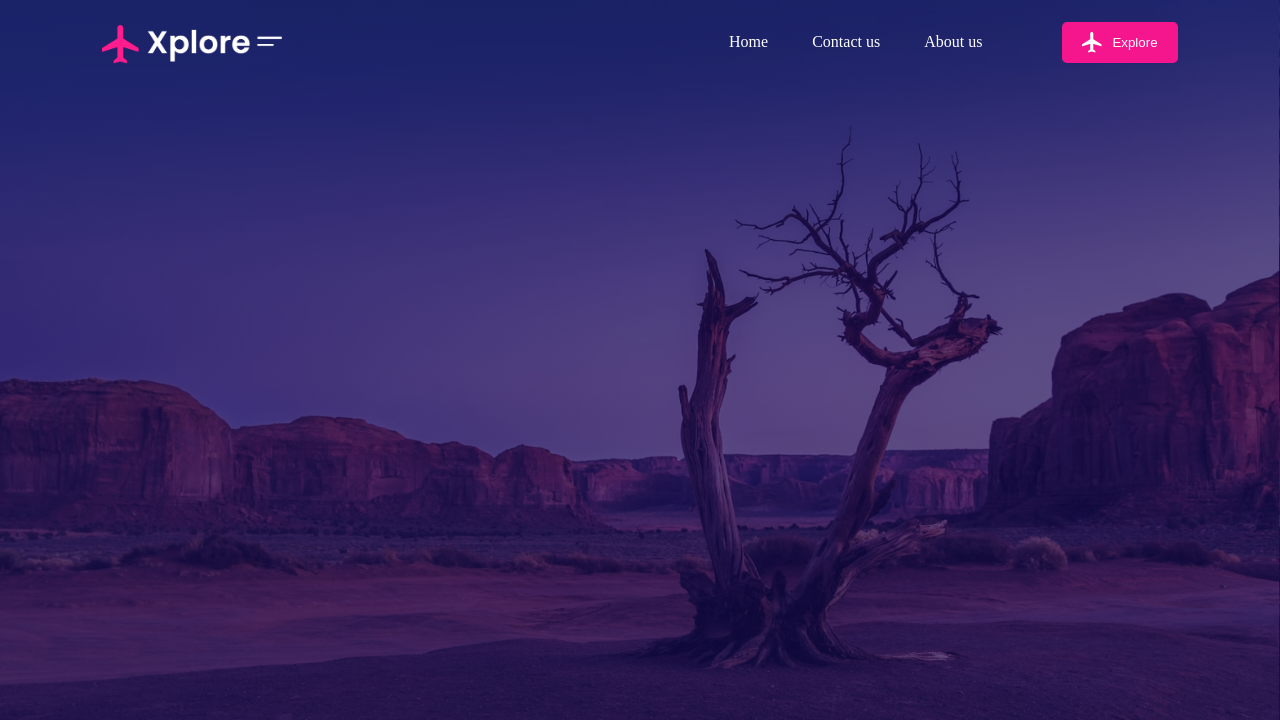
Repository: Aanchal26081/Task-2
Page: index.html
The author's editor kept a copy of each file at every save. The page is drawn from the files as they stood at one save, then again after the next save.
The browser window is 1280 px wide. The pictures show the whole page.

Above is the page before, as saved 2024-06-03 09:57:06.

### index.html
<!DOCTYPE html>
<html lang="en">
<head>
    <meta charset="UTF-8">
    <meta name="viewport" content="width=device-width, initial-scale=1.0">
    <title>Document</title>
    <link rel="stylesheet" href="main.css">
</head>
<body>
    <div class="container">
        <nav>
            <img src="images/logo.png" class="logo">
            <ul>
                <li><a href="#">Home</a></li>
                <li><a href="#">Contact us</a></li>
                <li><a href="#">About us</a></li>
            </ul>
            <button class="btn"><img src="images/icon.png">Explore</button>
        </nav>
    </div>
</body>
</html>

### main.css
*{
    margin: 0;
    padding: 0;
    box-sizing: border-box;
}
.container{
    width: 100%;
    min-height: 100vh;
    background-image: linear-gradient(rgba(9,0,77,0.65),rgba(9,0,77,0.65)), url(images/background.png);
    background-size: cover;
    background-position: center;
    padding: 10px 8%;
}
nav{
    width: 100%;
    display: flex;
    align-items: center;
    justify-content: space-between;
    padding: 10px 0;
}
.logo{
    width: 180px;
    cursor: pointer;
}
nav ul{
    list-style: none;
    width: 100%;
    text-align: right;
    padding-right: 60px;
}
nav ul li{
    display: inline-block;
    margin: 10px 20px;
}
nav ul li a{
    color: #fff;
    text-decoration: none;
}
.btn{
    display: flex;
    align-items: center;
    padding: 10px 20px;
    border: 0;
    outline: 0;
    border-radius: 5px;
    background: #f5168d;
    color: #fff;
    font-weight: 500;
    cursor: pointer;
}
.btn img{
    width: 20px;
    margin-right: 10px;
}

After the next save:
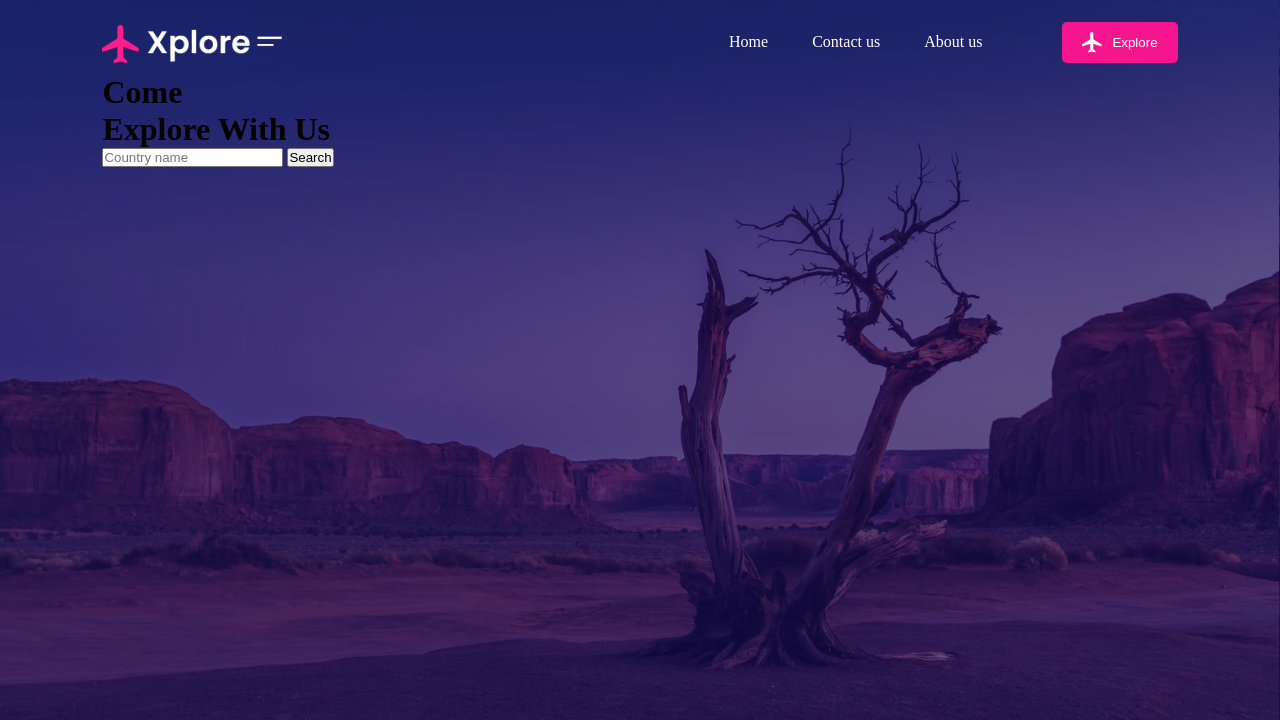
Saved 2 min 24 s later.
--- a/index.html
+++ b/index.html
@@ -17,6 +17,14 @@
             </ul>
             <button class="btn"><img src="images/icon.png">Explore</button>
         </nav>
+
+        <div class="content">
+            <h1>Come <br> Explore With Us</h1>
+            <form>
+                <input type="text" placeholder="Country name">
+                <button type="submit" class="btn]">Search</button>
+            </form>
+        </div>
     </div>
 </body>
 </html>
